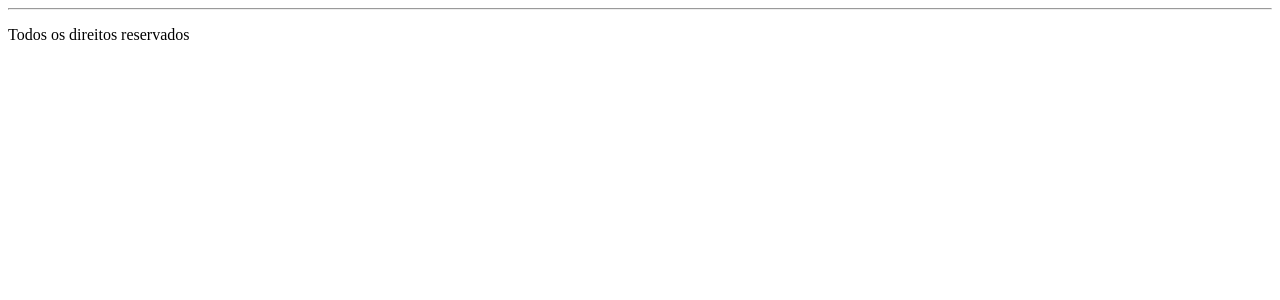
Repository: edisantos/java-v-deo-aula-Nery
Page: workspace/CadastroCliente/WebContent/MasterPage/rodape.html
These files come from the project's save history. The page is drawn as it stood at one moment and after the next save; the edit follows.
The browser window is 1280 px wide. The pictures show the whole page.

Above is the page before, as saved 2018-07-22 14:40:34.

### workspace/CadastroCliente/WebContent/MasterPage/rodape.html
<!DOCTYPE html>
<html>
<head>
<meta charset="ISO-8859-1">
<link type="text/css" href="../Content/css/bootstrap.min.css">
</head>
<body>
<hr/>
<div class ="footer">
<p>Todos os direitos reservados</p>
</div>
</body>
</html>

After the next save:
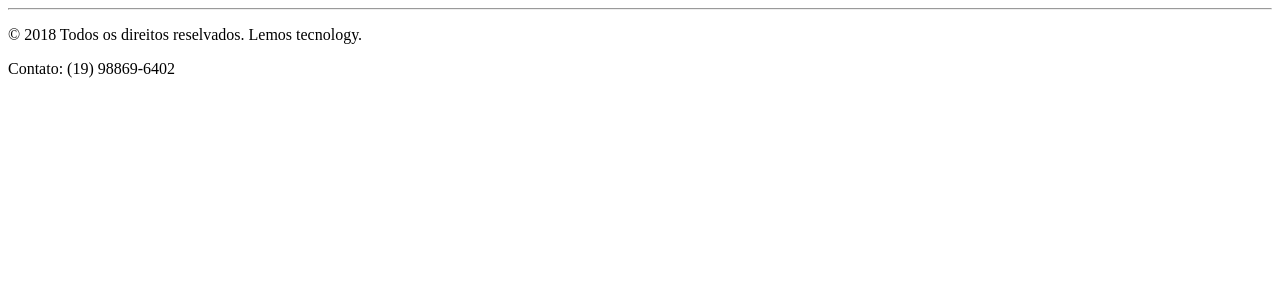
Saved 20 s later.
--- a/workspace/CadastroCliente/WebContent/MasterPage/rodape.html
+++ b/workspace/CadastroCliente/WebContent/MasterPage/rodape.html
@@ -7,7 +7,13 @@
 <body>
 <hr/>
 <div class ="footer">
-<p>Todos os direitos reservados</p>
+ <footer class="footer-fixed">
+ 	<p>&copy 2018 Todos os direitos reselvados. Lemos tecnology. </p>
+ 	  <div class="alert alert-info">
+     	<p class="glyphicon glyphicon-earphone"> Contato: (19) 98869-6402</p>
+
+     </div>
+     </footer>
 </div>
 </body>
 </html>
